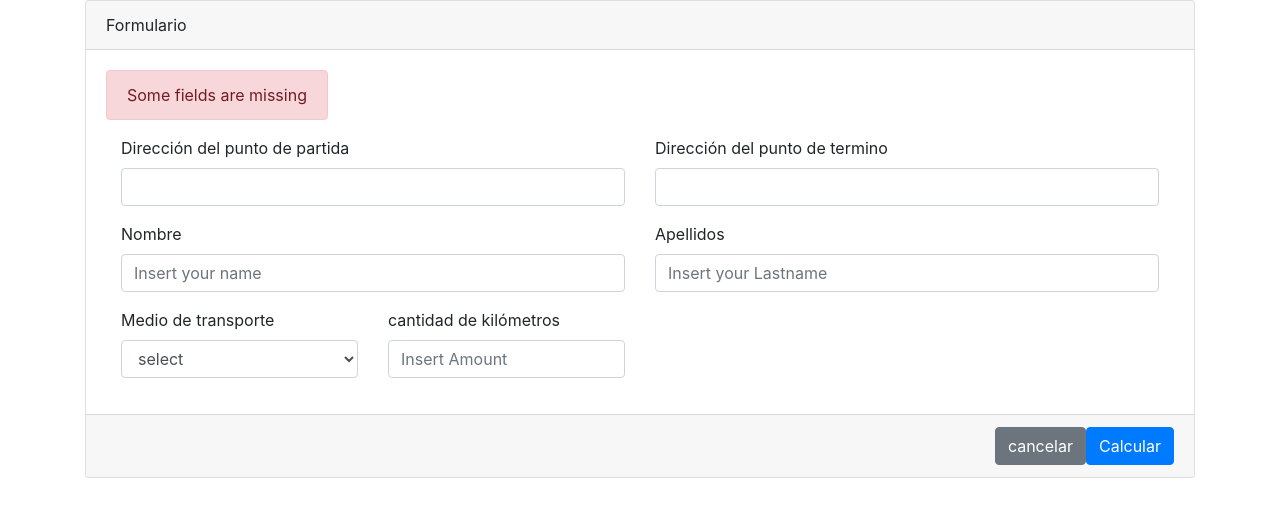
Repository: Jassan851031/foreachTask
Page: /
An editor plug-in stored every save of this project. The page is shown before and after the next save, followed by the edit.
The browser window is 1280 px wide. The pictures show the whole page.
The project was rebuilt for these pictures with package versions that can differ from the ones it lists, and the page was loaded fresh each time. Also part of the build but not shown: src/App.css.

Above is the page before, as saved 2020-03-23 13:38:57.

### src/index.js
import React from 'react';
import ReactDOM from 'react-dom';
import 'bootstrap/dist/css/bootstrap.min.css';
import 'font-awesome/css/font-awesome.min.css';
import './index.css';
import App from './App';
import * as serviceWorker from './serviceWorker';


 // Add js files
 import 'jquery';
 import 'popper.js';
 import 'bootstrap';

ReactDOM.render(
  <React.StrictMode>
    <App />
  </React.StrictMode>,
  document.getElementById('root')
);

// If you want your app to work offline and load faster, you can change
// unregister() to register() below. Note this comes with some pitfalls.
// Learn more about service workers: https://bit.ly/CRA-PWA
serviceWorker.unregister();

### src/App.js
import React from 'react';
import './App.css';

function App() {
  return (
    <div className="container">
      <div className="row">
        <div className="col-md-12">
          <form>
            <div className="card">
              <div className="card-header">
                Formulario
              </div>
              <div className="card-body">
                <div className="container">
                  <div className="row">
                    <div id="col-md-12">
                      <div className="alert alert-danger">
                        Some fields are missing
                      </div>
                    </div>
                  </div>
                  <div className="row">
                    <div className="col-md-6">
                      <div className="form-g roup">
                        <label className="form-label">Dirección del punto de partida</label>
                        <input type="text" id="no_card" className="form-control" />
                      </div>
                    </div>
                    <div className="col-md-6">
                      <div className="form-group">
                        <label className="form-label">Dirección del punto de termino</label>
                        <input type="text" id="key" className="form-control" />
                      </div>
                    </div>
                  </div>
                  <div className="row">
                    <div className="col-md-6">
                      <div className="form-group">
                        <label className="form-label">Nombre</label>
                        <input type="text" id="nombre" className="form-control" placeholder="Insert your name" />
                      </div>
                    </div>
                    <div className="col-md-6">
                      <div className="form-group">
                        <label className="form-label">Apellidos</label>
                        <input type="text" id="apellidos" className="form-control" placeholder="Insert your Lastname" />
                      </div>
                    </div>
                  </div>
                  <div className="row">
                    <div className="col-md-3">
                      <div className="form-group">
                        <label className="form-label">Medio de transporte</label>
                        <select id="estado" className="form-control">
                          <option value="">select</option>
                          <option value="1"> option 1</option>
                          <option value="1"> option 2</option>
                          <option value="1"> option 3</option>
                          <option value="1"> option 4</option>
                        </select>
                      </div>
                    </div>
                    <div className="col-md-3">
                      <div className="form-group">
                        <label className="form-label">cantidad de kilómetros</label>
                        <input type="text" id="postal" className="form-control" placeholder="Insert Amount" />
                      </div>
                    </div>
                  </div>
                </div>
              </div>
              <div className="card-footer text-right">
                <button className="btn btn-secondary">cancelar</button>
                <button className="btn btn-primary">Calcular</button>
              </div>
            </div>
          </form>
        </div>
      </div>
    </div>
  );
}

export default App;

Loaded but not shown: public/index.html (common file); src/index.css (common file); src/serviceWorker.js (common file)

After the next save:
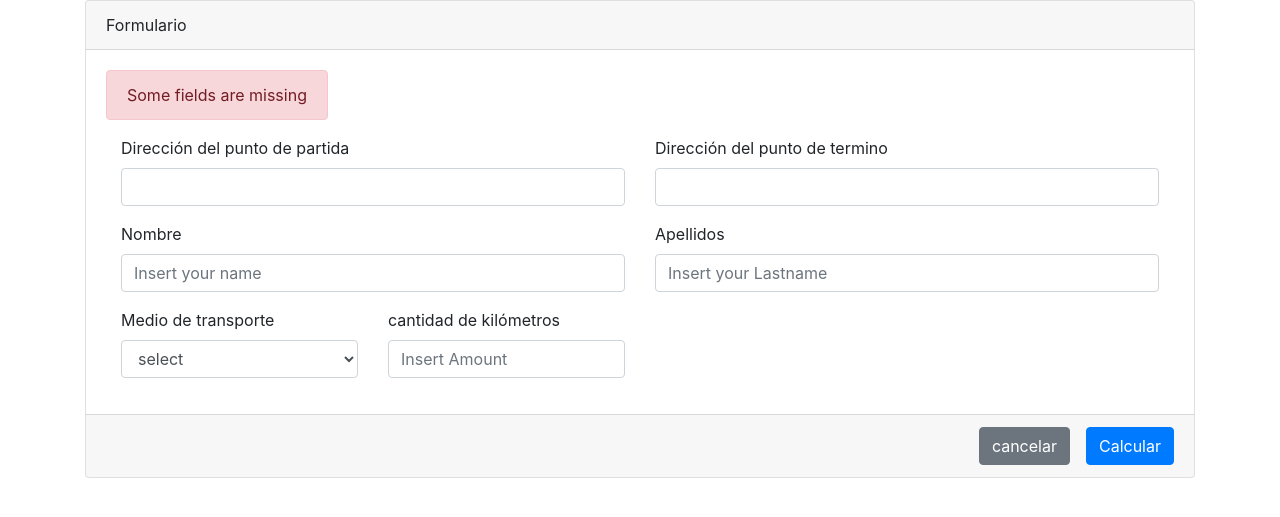
Saved 20 s later.
--- a/src/App.js
+++ b/src/App.js
@@ -71,7 +71,7 @@ function App() {
                 </div>
               </div>
               <div className="card-footer text-right">
-                <button className="btn btn-secondary">cancelar</button>
+                <button className="btn btn-secondary mr-3">cancelar</button>
                 <button className="btn btn-primary">Calcular</button>
               </div>
             </div>
